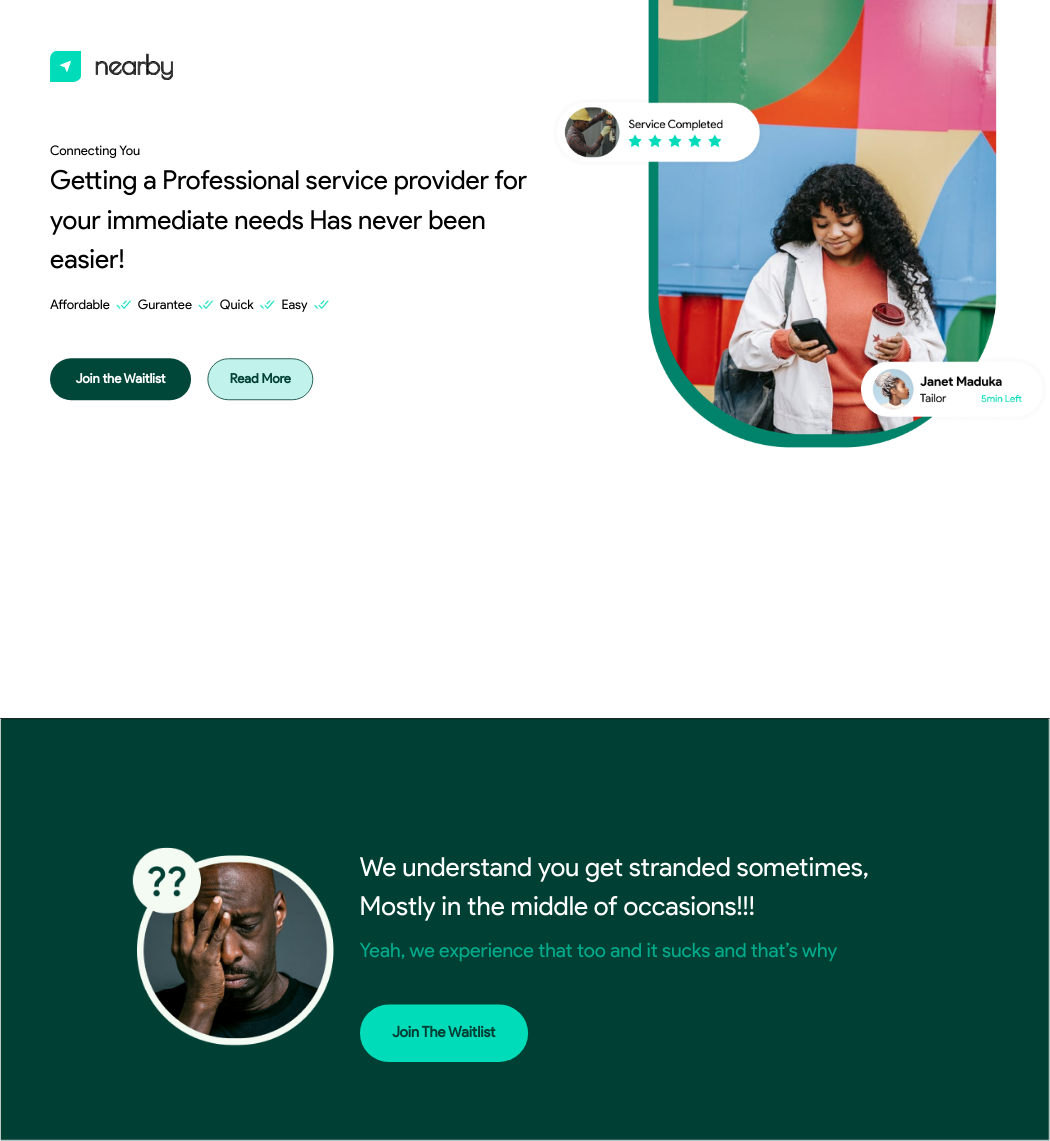
Repository: Eugene44-hub/Mearby
Page: /
These files come from the project's save history. The page is drawn as it stood at one moment and after the next save; the edit follows.
The browser window is 1280 px wide. The pictures show the whole page, at 82% of full size.
The project was rebuilt for these pictures with package versions that can differ from the ones it lists, and the page was loaded fresh each time.

Above is the page before, as saved 2022-04-30 07:45:45.

### src/App.tsx
import React from 'react';
import Hero from './components/hero/Hero';
import Nav from './components/nav/Nav';
import LandingPage from './pages/landing/LandingPage';

function App() {
  return (
   <>
<Nav/>
<LandingPage/>
</>

);
}

export default App;

### src/components/nav/Nav.tsx
import React from 'react';
import send from '../../assets/images/send.svg';
import nearby from '../../assets/images/nearby logo.svg';
import styles from "./Nav.module.css"
const Nav = () => {
	return (
		<nav className={`md:h-auto h-[96.57px] ${styles.nav} flex`}>
			<header className="m-auto block md:hidden">
				<div className="flex justify-center">
					<img
						src={send}
						className="bg-[#00DCBA] mr-[16.79px] p-3 rounded-tl-[8.91471px] rounded-br-[8.91471px]"
						alt="send"
					/>
					<img src={nearby} alt="send" />
				</div>
			</header>
		</nav>
	);
};

export default Nav;

### src/pages/landing/LandingPage.tsx
import React from 'react'
import Hero from '../../components/hero/Hero';
import Understand from '../../components/understand/Understand';
const LandingPage = () => {
  return (
    <>

    <Hero/>
    <Understand/>
    </>
  )
}

export default LandingPage

### src/components/nav/Nav.module.css
@media screen and (max-width:768px) {
    .nav{
/* display: none; */
/* bg-[#014034] */
background-color:#014034;
}
}

### src/components/hero/Hero.tsx
import React from 'react';
import styles from './Hero.module.css';
import checked from '../../assets/images/checked.png';
import heroImg from '../../assets/images/heroImg.png';
import send from '../../assets/images/send.svg';
import nearby from '../../assets/images/nearbyDark.svg';

const Hero = () => {
	const minorText: string[] = [ 'affordable', 'gurantee', 'quick', 'easy' ];
	return (
		<section className="container md:pl-[61px]">
			<div className={`${styles.container} md:flex justify-between`}>
				<div className={`${styles.heroContainer} mb-[3rem] flex flex-wrap md:w-[50%]`}>
					<div className="md:flex w-[20%] hidden mt-[62px] items-center">
						<img
							src={send}
							className="bg-[#00DCBA] w-[100%] mr-[16.79px] p-3 rounded-tl-[8.91471px] rounded-br-[8.91471px]"
							alt="send"
						/>
						<img src={nearby} alt="send" />
					</div>

					<div className="m-auto">
						<h2 className={` ${styles.connectHead} flex items-end md:h-[95.5px]`}>Connecting You</h2>
						<p className={`text-[2rem] ${styles.connectText}`}>
							Getting a Professional service provider for your immediate needs Has never been easier!
						</p>
					</div>

					<ul className={`${styles.connectList} mt-5 flex justify-between `}>
						{minorText.map((item, index) => (
							<li key={index} className="flex items-center capitalize mr-2">
								{item} <img src={checked} className="w-[18px] ml-2" alt="checked" />
							</li>
						))}
					</ul>

					<div className="w-[100%] md:pt-[53px] md:px-0 p-5">
						<button className="bg-[#004639] font-bold w-[172px] h-[51px] text-white mr-5 rounded-[50px]">
							Join the Waitlist
						</button>
						<button className="bg-[#C1F2EB] font-bold w-[129px] h-[51px] rounded-[50px] text-[#004034] border border-[#004034] capitalize">
							read more
						</button>
					</div>
				</div>
				<div className="md:w-[50%]">
					<img src={heroImg} className={styles.heroImg} alt="" />
				</div>
			</div>
		</section>
	);
};

export default Hero;
// wKcVoY0oBaK0dDUj5
// yX2Q8nskPsN4AjVkAPMBM

### src/components/understand/Understand.tsx
import React from 'react'
import understand from "../../assets/images/understand.png"
import WaitLight from "../../components/Buttons/WaitLight"
const Understand = () => {
  return (
    <div className='bg-[#004034] mt-[20rem] border-t-black  border'>
 <div className='container  md:px-0 px-5 pt-[9.75rem] py-[5.938rem] md:pl-[61px] md:pr-[27px] md:flex justify-center  relative mt-[20rem]'>

<img src={understand} className=" absolute block md:hidden translate-x-[-50%] left-[50%] top-[-20%]" alt="understand" />
<div className='md:block hidden mr-[2rem]'>
<img src={understand} className=" w-[100%]"alt="understand" />

</div>

<div className='md:w-[60%] md:mx-0 mx-auto '>
<div>
<p className='text-[2rem] text-white'>
We understand you get stranded sometimes, Mostly in the middle of occasions!!!
</p>
<p className='mt-3 text-[1.5rem] text-[#01AB8B] '>
Yeah, we experience that too and it sucks and that’s why  </p>
</div>

<div className='pt-[3rem]'>
<WaitLight/>
</div>

</div>
  </div>

    </div>

  )
}

export default Understand

### src/components/hero/Hero.module.css
.container{
height: 812px;
background-image: url(../../assets/images/mobileHero.png);
background-repeat: no-repeat;
background-position: center;
background-size: 133% 100%;
}


.heroImg{
    display: none;
    width: 100%;
}
.heroContainer{
    /* background-color: black; */
    color: white;

}
.connectHead,.connectText,.connectList{
    padding: 20px;

}
@media screen and (min-width:600px) {
    .container{
    background-image:none;
    height: auto;
}
.connectHead{
    background-color: none;
}
.heroImg{
    display: block;
}
.connectHead{
    background-color: none;
}
.heroContainer{
    /* background-color: black; */
    color: black ;
}

}

@media screen and (min-width:768px) {
    .connectHead,.connectText,.connectList{
        padding: 0px;
    }

}


@media screen and (max-width:600px){
.connectHead{
    background-color: #004034;
}

}
/* .minorTxt{
} */
/* linear-gradient(rgba(0, 64, 52, 1), rgba(0, 57, 64, 0)) */
/* linear-gradient(rgba(0, 64, 52, 1),rgba(0, 64, 52, 1)) */

### src/components/Buttons/WaitLight.tsx
import React from 'react'
import styles from "./Button.module.css"

const Wait = () => {
  return (
    <button className={`${styles.light} capitalize`}>Join the waitlist</button>

  )
}

export default Wait

### src/components/Buttons/Button.module.css
    .light {
        background-color: #00DCBA;
        color: #004034;
        width: 205px;
        font-size: 1.125rem;
    }

    .dark {
        background-color: #004639;
        color: #004034;
        font-size: "1rem";
        width: 192px;
    }

    .light,
    .dark {
        height: 70px;
        border-radius: 50px;
        font-weight: bold;
    }

Loaded but not shown: public/index.html (common file); src/index.tsx (common file); src/index.css (common file); tailwind.config.js (common file)

After the next save:
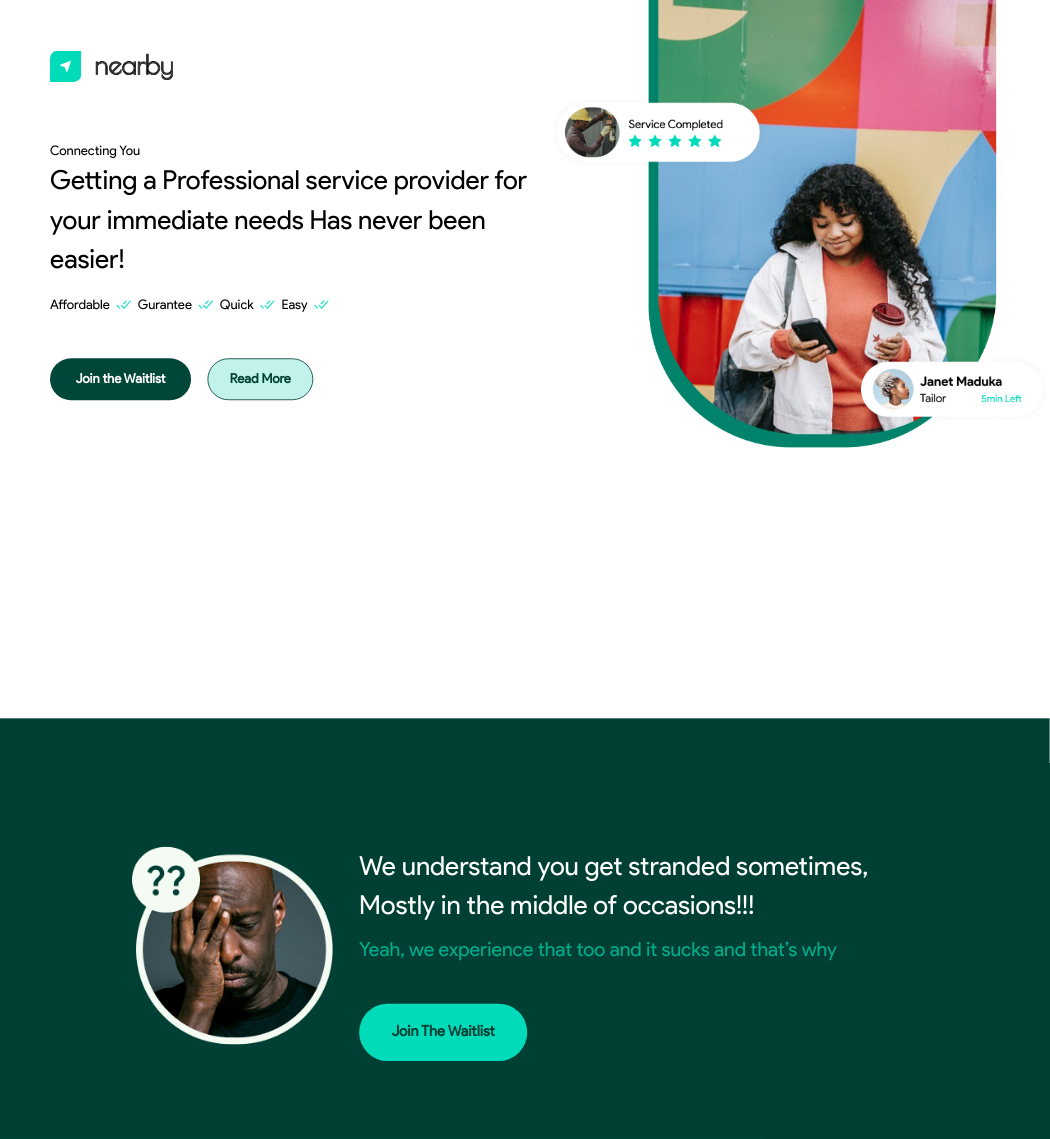
Saved 20 s later.
--- a/src/components/understand/Understand.tsx
+++ b/src/components/understand/Understand.tsx
@@ -3,7 +3,7 @@ import understand from "../../assets/images/understand.png"
 import WaitLight from "../../components/Buttons/WaitLight"
 const Understand = () => {
   return (
-    <div className='bg-[#004034] mt-[20rem] border-t-black  border'>
+    <div className='bg-[#004034] mt-[20rem] border-t-black  border-lg'>
  <div className='container  md:px-0 px-5 pt-[9.75rem] py-[5.938rem] md:pl-[61px] md:pr-[27px] md:flex justify-center  relative mt-[20rem]'>
 
 <img src={understand} className=" absolute block md:hidden translate-x-[-50%] left-[50%] top-[-20%]" alt="understand" />
